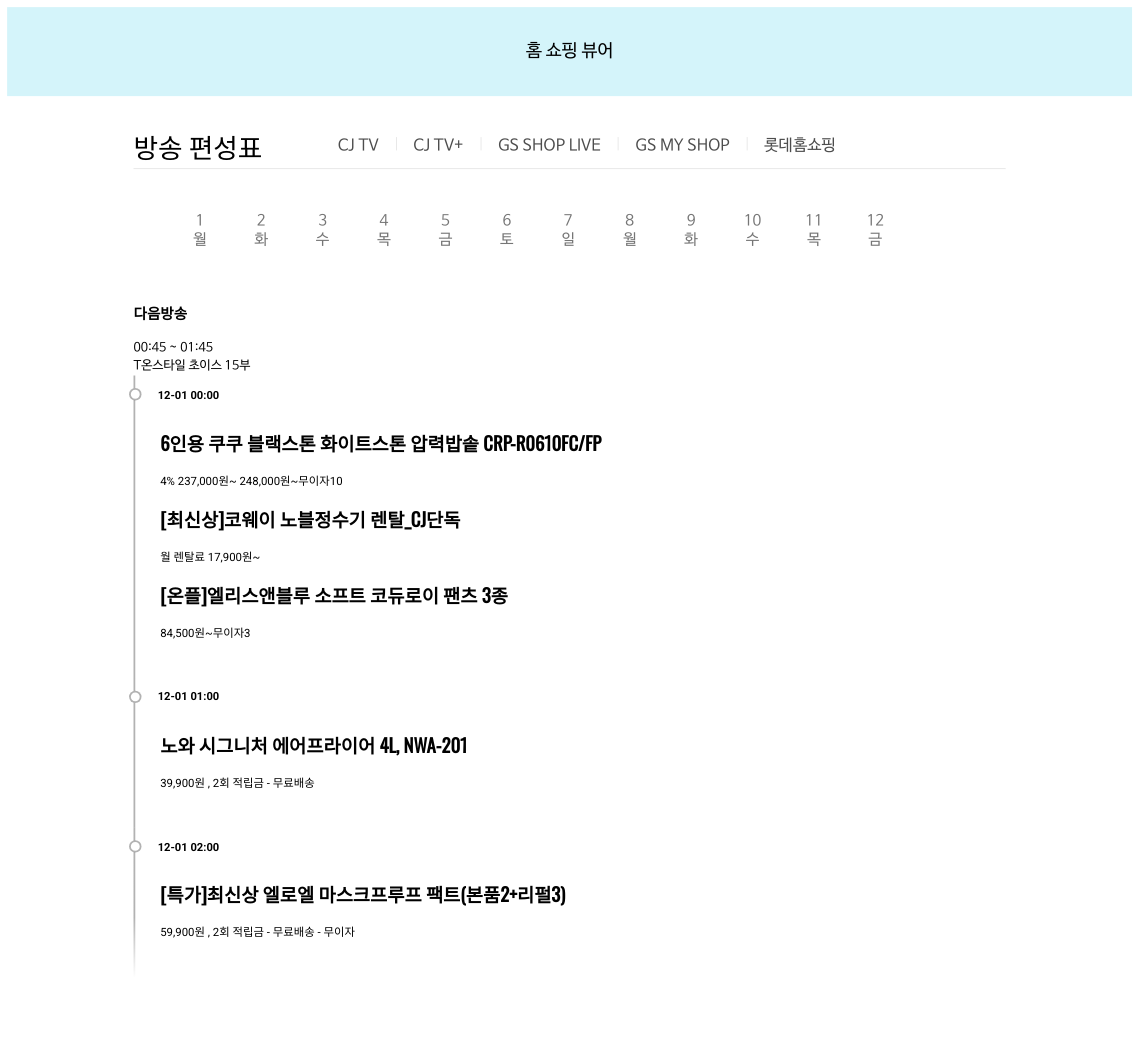
Repository: Kds010/HomeShopping
Page: http://localhost/index
An editor plug-in stored every save of this project. The page is shown before and after the next save, followed by the edit.
The browser window is 1280 px wide. The pictures show the whole page, at 89% of full size.
The page is this project's Thymeleaf template; nobody is signed in. The template is opened directly, without the code that normally fills it, so the values that code supplies are empty.

Above is the page before, as saved 2021-12-18 10:20:52.

After the next save:
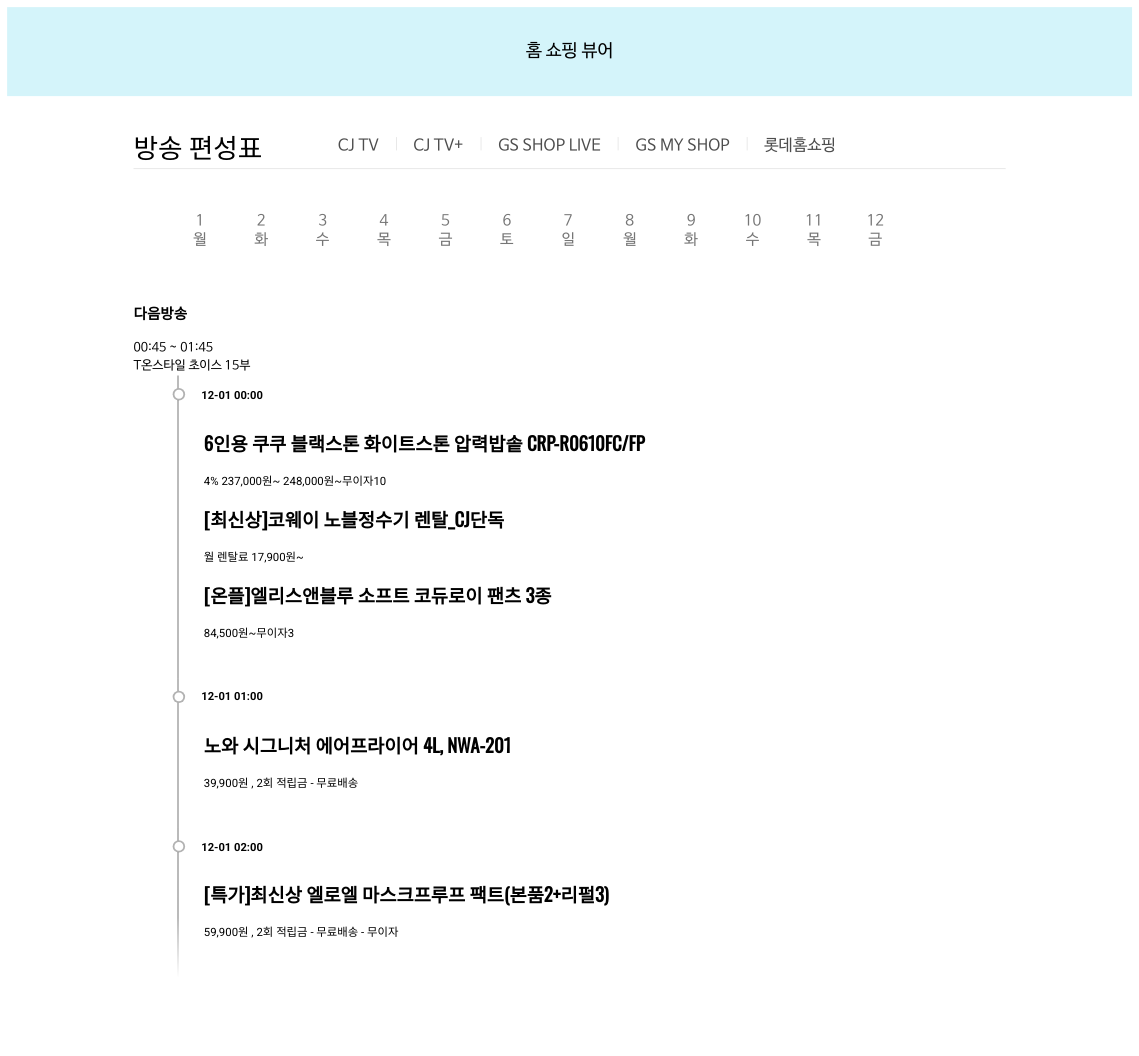
Saved 8 s later.
--- a/homeshopping/src/main/resources/static/css/main.css
+++ b/homeshopping/src/main/resources/static/css/main.css
@@ -179,7 +179,7 @@ a{
 
 /* // ----------------  LAYOUT */
 
-.container2 {
+.cont-list {
 	max-width: 1024px;
 	width: 90%;
 	margin: 0 auto;
